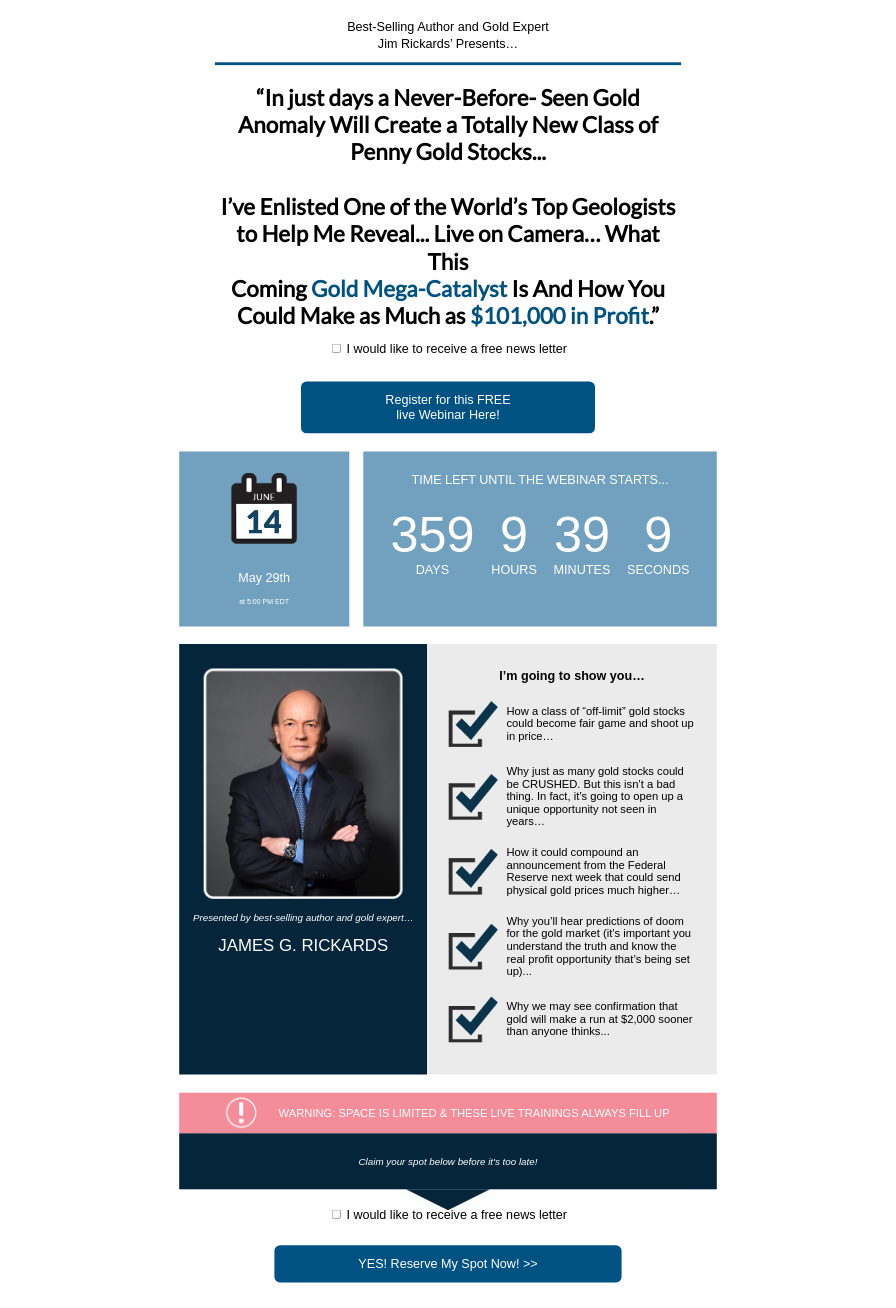
Repository: KrystellBarraza/Test
Page: index.html
An editor plug-in stored every save of this project. The page is shown before and after the next save, followed by the edit.
The browser window is 1280 px wide. The pictures show the whole page, at 70% of full size.

Above is the page before, as saved 2019-10-07 13:51:35.

After the next save:
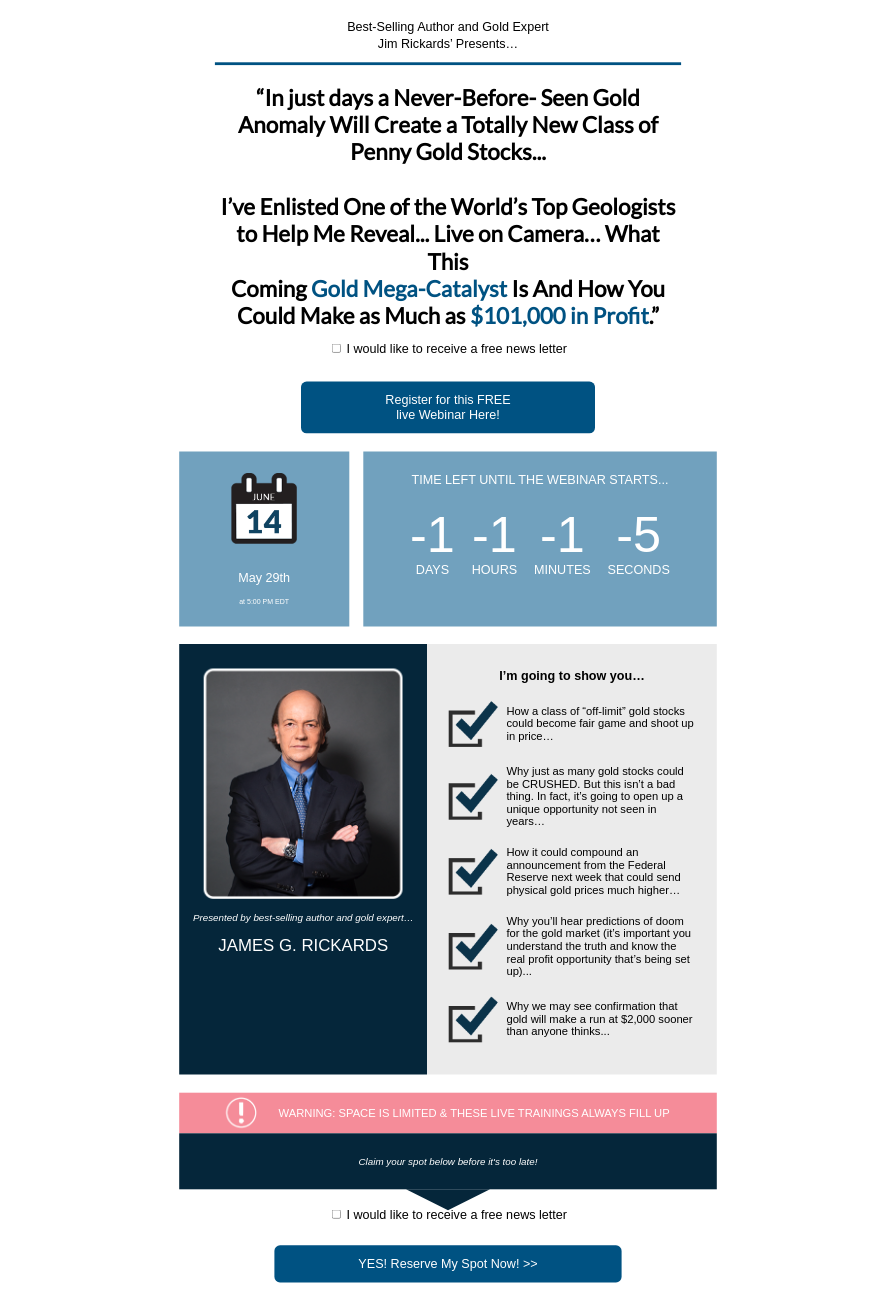
Saved 3 min 33 s later.
--- a/app.js
+++ b/app.js
@@ -14,7 +14,7 @@
     day = hour * 24;
 
 // Begin countdown from this point in time using Date.now()
-let countDown = new Date('Sep 30, 2020 00:00:00').getTime(),
+let countDown = new Date().getTime(),
     x = setInterval(function() {
 
       let now = new Date().getTime(),
